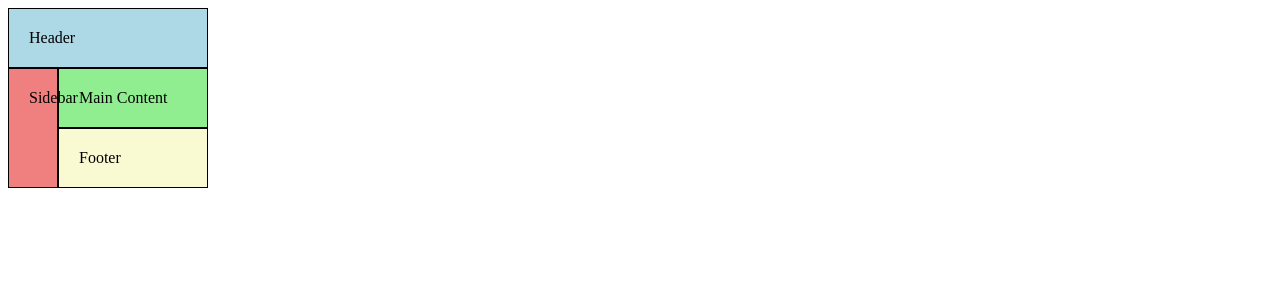
Repository: gustavotwist/desafio-grid
Page: assets/index.html
These files come from the project's save history. The page is drawn as it stood at one moment and after a run of saves; the edit follows.
The browser window is 1280 px wide. The pictures show the whole page.

Above is the page before, as saved 2024-08-13 18:51:52.

After the next 2 saves:
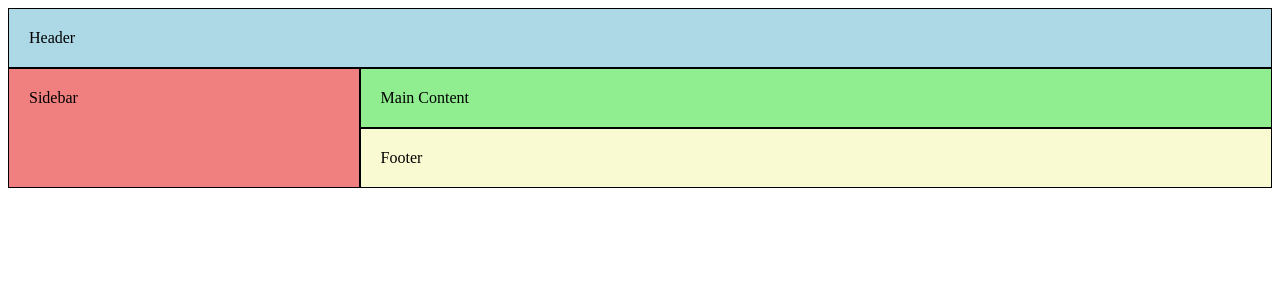
The 2 saves are shown as one change because they came seconds apart.
The last was saved 29 s later.
--- a/assets/css/style.css
+++ b/assets/css/style.css
@@ -5,6 +5,7 @@
 
 .container {
     display: grid;
+    height
     grid-template-columns: 50px 50px 50px 50px;
     grid-template-rows: auto;
     grid-template-areas:

After the 2 saves that followed:
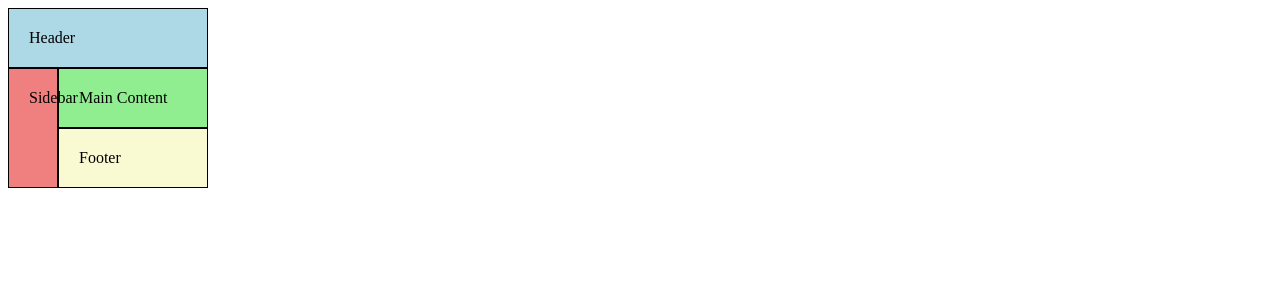
The 2 saves are shown as one change because they came seconds apart.
The last was saved 7 s later.
--- a/assets/css/style.css
+++ b/assets/css/style.css
@@ -5,7 +5,7 @@
 
 .container {
     display: grid;
-    height
+    height: 100;
     grid-template-columns: 50px 50px 50px 50px;
     grid-template-rows: auto;
     grid-template-areas:
